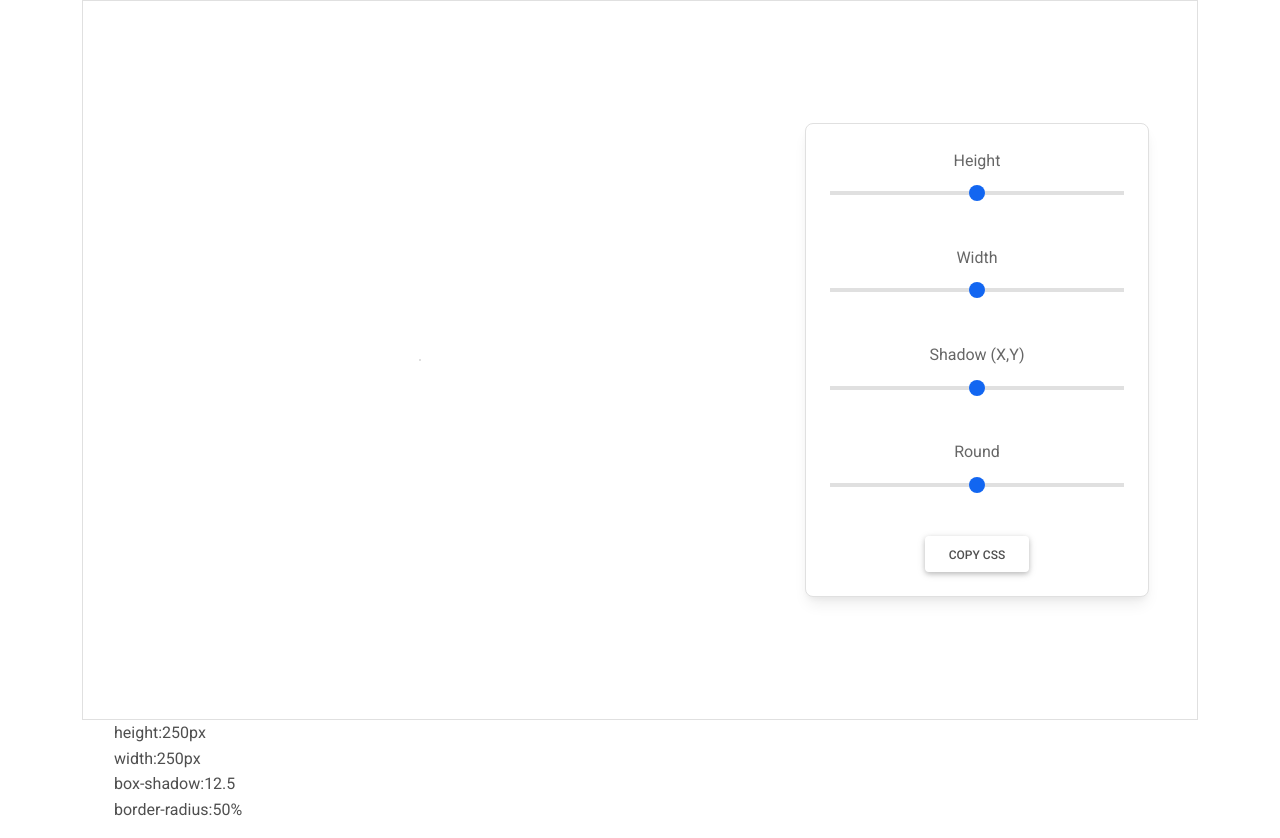
Repository: USaditya98/card-generator
Page: index.html
The author's editor kept a copy of each file at every save. The page is drawn from the files as they stood at one save, then again after a run of saves.
The browser window is 1280 px wide. The pictures show the whole page.
After loading, the first visible `#cssBtn` was clicked once.

Above is the page before, as saved 2021-10-20 13:11:18.

After the next 2 saves:
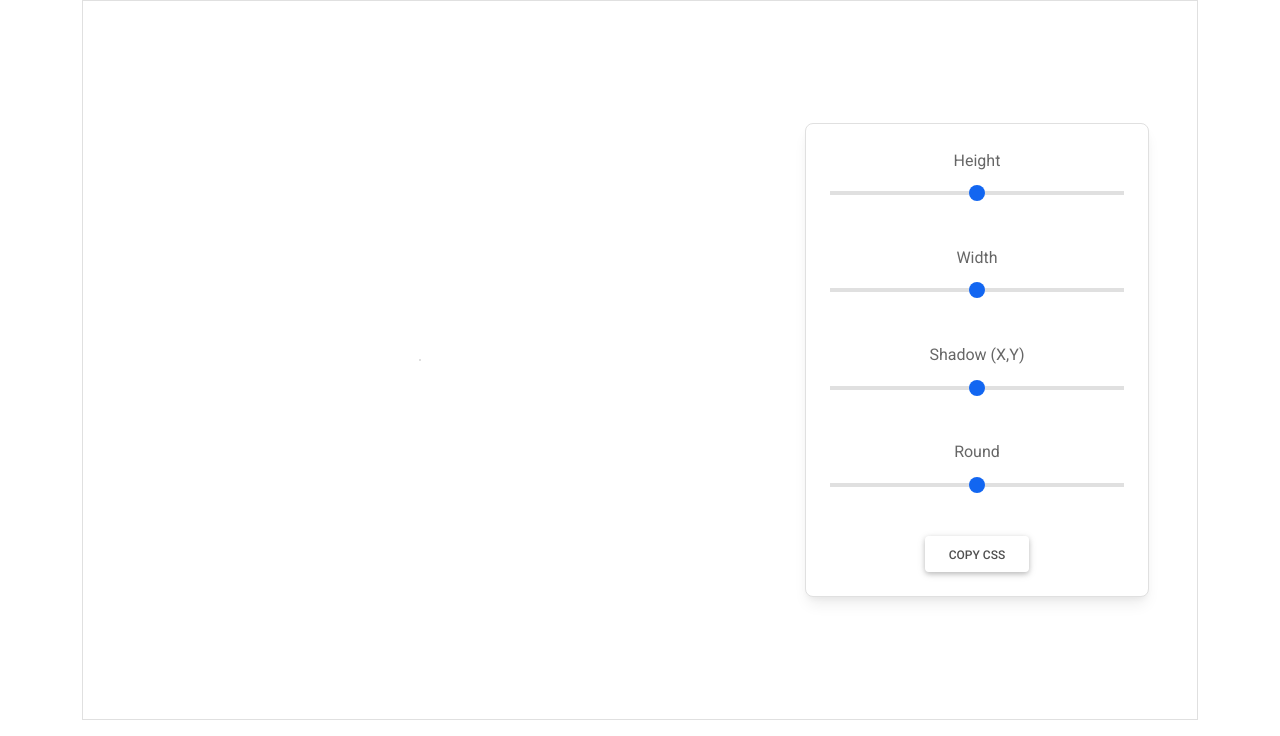
Console error: ReferenceError: borderRadius is not defined
The 2 saves are shown as one change because they came seconds apart.
The last was saved 7 s later.
--- a/index.html
+++ b/index.html
@@ -92,8 +92,8 @@
           var width = document.getElementById('width').value;
           var boxShadow = document.getElementById('shadow').value;
           var borderRadiusx = document.getElementById('radius').value;
-          var borderRadiusy = document.getElementById('radius').value;
-          var borderRadius = document.getElementById('radius').value;
+          var borderRadiusY = document.getElementById('radius').value;
+          var borderRadiusBlur = document.getElementById('radius').value;
          // var li = document.createElement("li");
          // document.getElementById('generatedCss').appendChild(li);
 

After the 6 saves that followed:
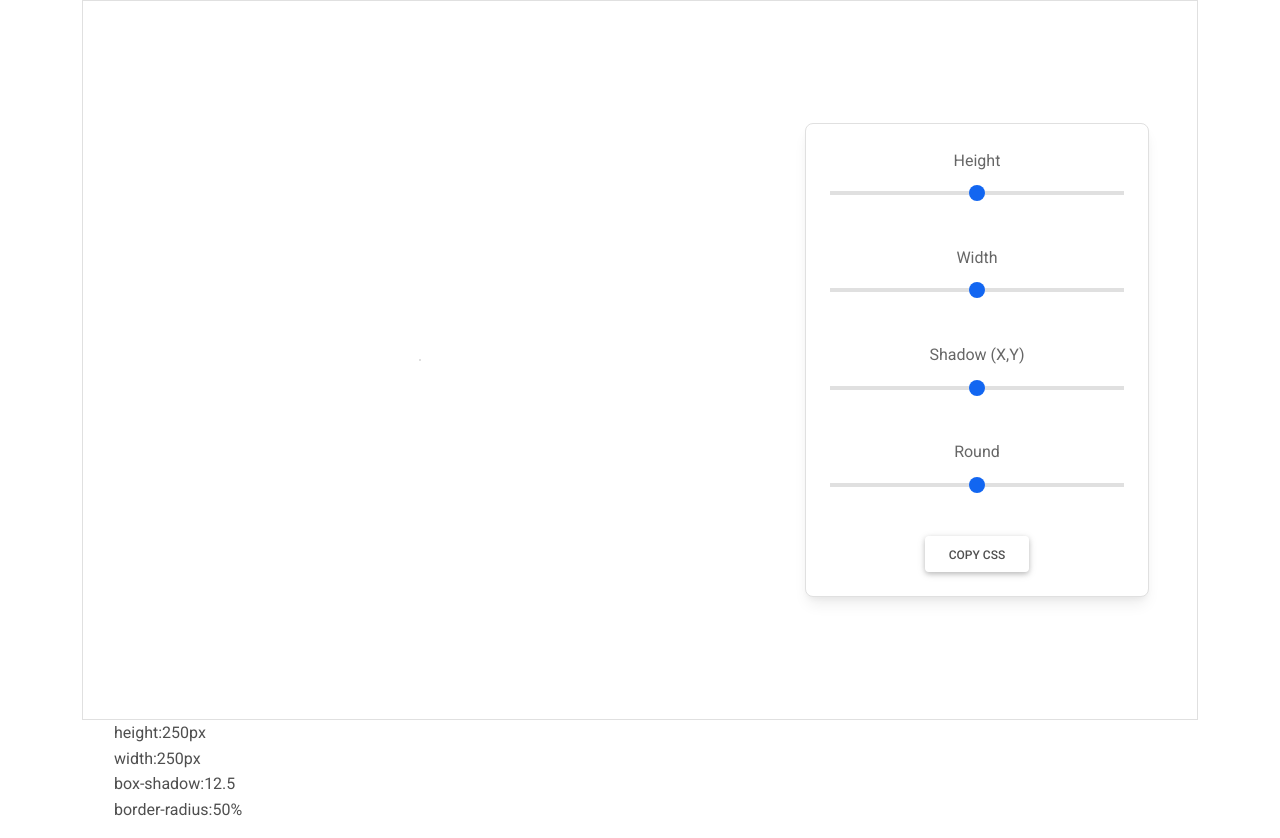
The error is gone.
The 6 saves are shown as one change because 1 left the picture as it was and some came seconds apart.
The last was saved 28 s later.
--- a/index.html
+++ b/index.html
@@ -90,10 +90,10 @@
         function generateCss(){
           var height = document.getElementById('height').value;
           var width = document.getElementById('width').value;
+          var boxShadowX = document.getElementById('shadow').value;
+          var boxShadowY = document.getElementById('shadow').value;
           var boxShadow = document.getElementById('shadow').value;
-          var borderRadiusx = document.getElementById('radius').value;
-          var borderRadiusY = document.getElementById('radius').value;
-          var borderRadiusBlur = document.getElementById('radius').value;
+          var borderRadius = document.getElementById('radius').value;
          // var li = document.createElement("li");
          // document.getElementById('generatedCss').appendChild(li);
 
